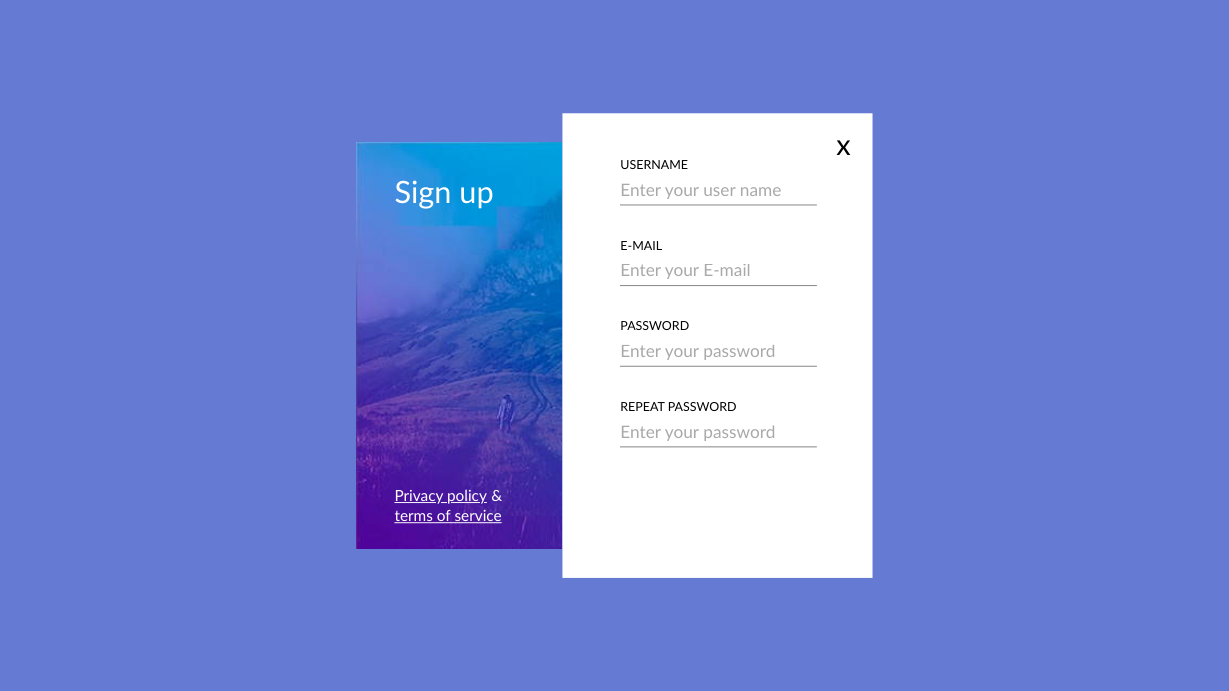
Repository: motiejus1/11-paskaita-adobexd-registracija
Page: index.html
An editor plug-in stored every save of this project. The page is shown before and after the next save, followed by the edit.
The browser window is 1280 px wide. The pictures show the whole page, at 96% of full size.

Above is the page before, as saved 2021-06-17 20:26:39.

After the next save:
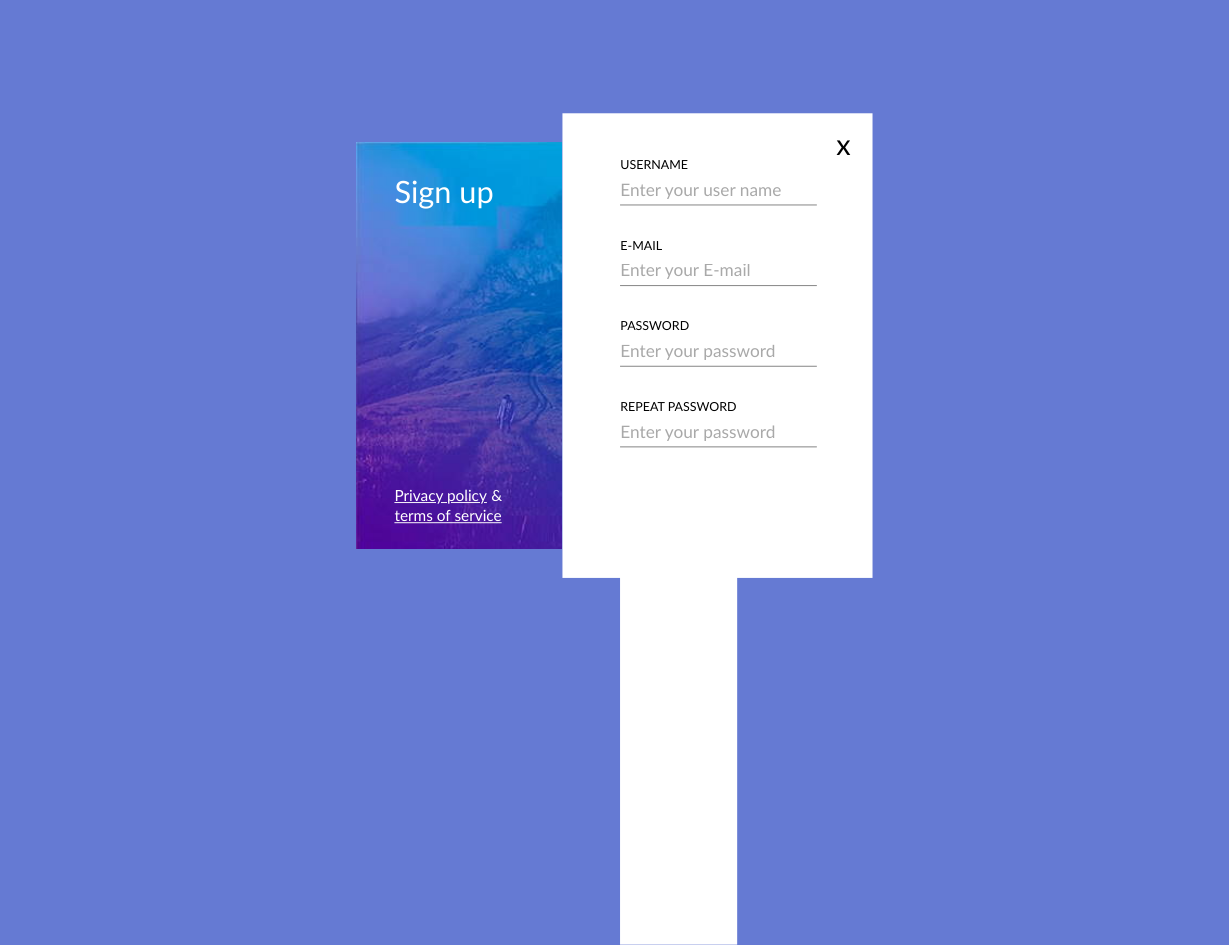
Saved 83 s later.
--- a/index.html
+++ b/index.html
@@ -168,6 +168,8 @@
                     <label for="repeat-password">Repeat password</label>
                     <input placeholder="Enter your password" type="password" id="repeat-password" name="repeat-password" />
                 </div>
+
+                <div class="right-column"
             </div>
         </div>
     </div>

After the 2 saves that followed:
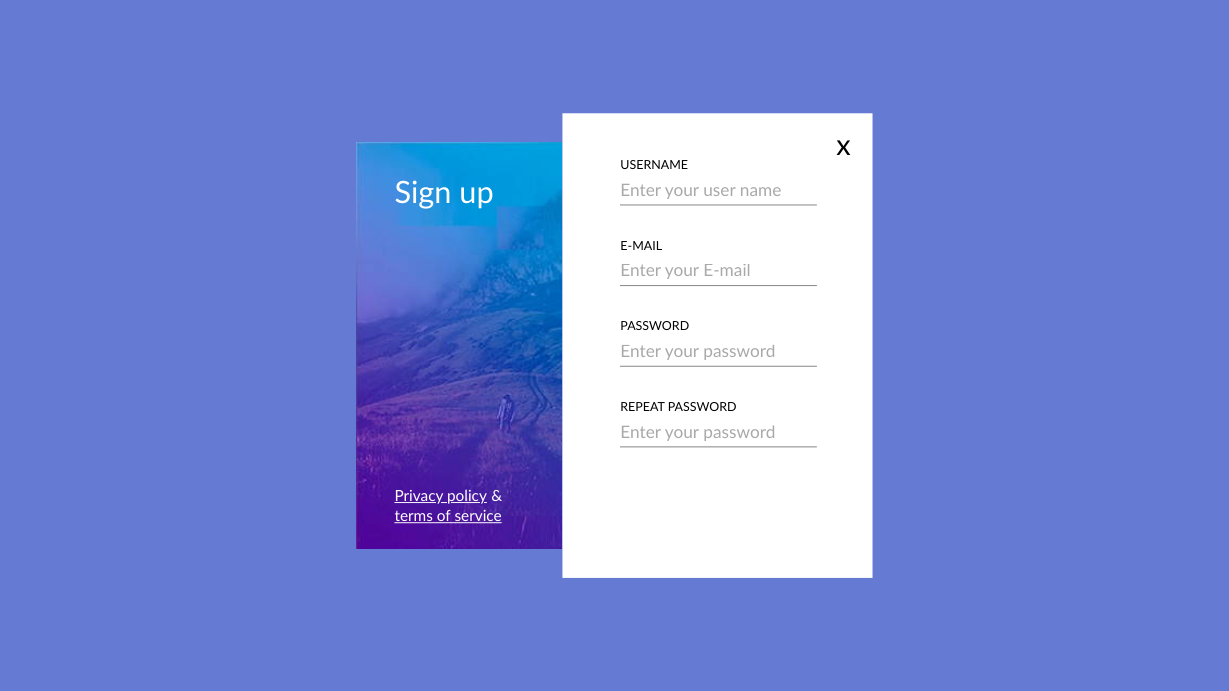
The 2 saves are shown as one change because they came seconds apart.
The last was saved 10 s later.
--- a/index.html
+++ b/index.html
@@ -169,7 +169,9 @@
                     <input placeholder="Enter your password" type="password" id="repeat-password" name="repeat-password" />
                 </div>
 
-                <div class="right-column"
+                <div class="right-column-bottom-action">
+
+                </div>
             </div>
         </div>
     </div>
